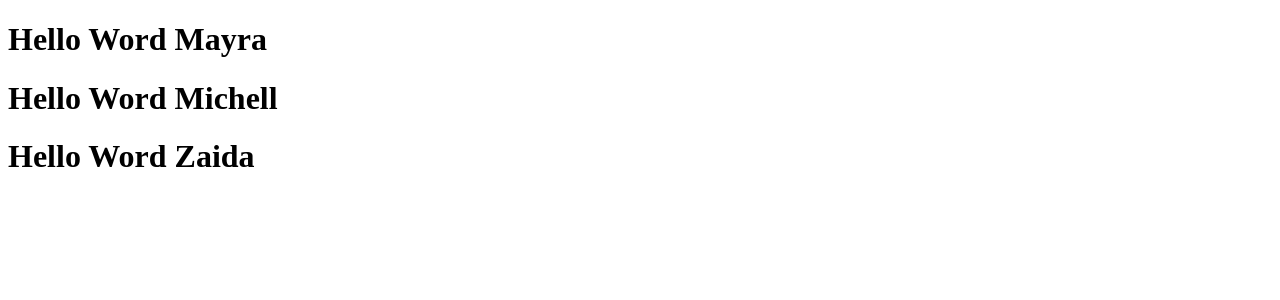
Repository: maxTech2019/Lab-react-C12024
Page: /
The author's editor kept a copy of each file at every save. The page is drawn from the files as they stood at one save, then again after a run of saves.
The browser window is 1280 px wide. The pictures show the whole page.
The project was rebuilt for these pictures with package versions that can differ from the ones it lists, and the page was loaded fresh each time. Also part of the build but not shown: vite.config.js.

Above is the page before, as saved 2024-05-31 21:30:41.

### src/main.jsx
import React from 'react'
import ReactDOM from 'react-dom/client'
import AppSaludo from './AppSaludo.jsx'

const root = ReactDOM.createRoot(document.getElementById('root'));
root.render(
  <React.StrictMode>
    <AppSaludo />
  </React.StrictMode>,
)

### src/AppSaludo.jsx
import { Saludo } from "./Saludo";

const AppSaludo = () => {
    const mostrar = []
    const lista = ['Mayra', 'Michell', 'Zaida'];
    lista.forEach((nombre,pos)=> {
        mostrar.push(
            <Saludo
                key = {pos}
                nombre = {nombre}
            />
        );
    });

    return (
        <>
            {mostrar}
        </>
    );
}

export default AppSaludo;

### src/Saludo.jsx

export const Saludo = (props) =>{
    return (
        <div>
            <h1>Hello Word {props.nombre}</h1>
        </div>
    );
}

### src/AppContador.jsx

const AppContador = () => {
    return (
        <>
            <h1>Variable de Estado - React</h1>
            <hr />
        </>
    );
}

export default AppContador;

Loaded but not shown: index.html (common file)

After the next 2 saves:
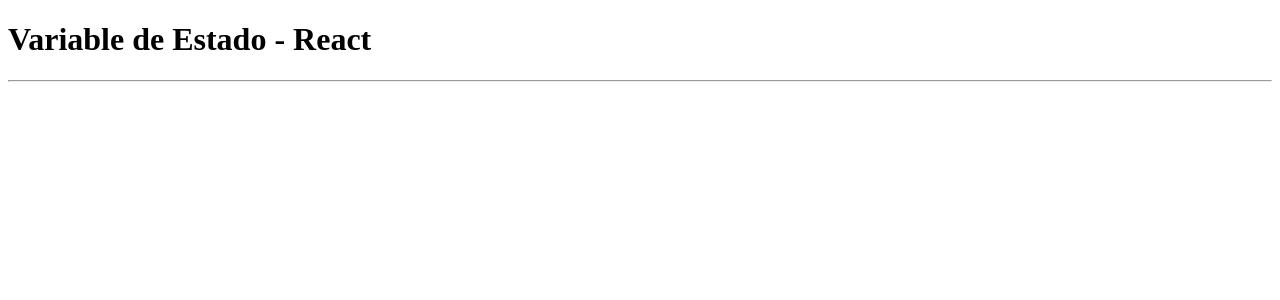
The 2 saves are shown as one change because they came seconds apart.
The last was saved 11 s later.
--- a/src/main.jsx
+++ b/src/main.jsx
@@ -1,10 +1,11 @@
 import React from 'react'
 import ReactDOM from 'react-dom/client'
 import AppSaludo from './AppSaludo.jsx'
+import AppContador from './AppContador.jsx';
 
 const root = ReactDOM.createRoot(document.getElementById('root'));
 root.render(
   <React.StrictMode>
-    <AppSaludo />
+    <AppContador />
   </React.StrictMode>,
 )
